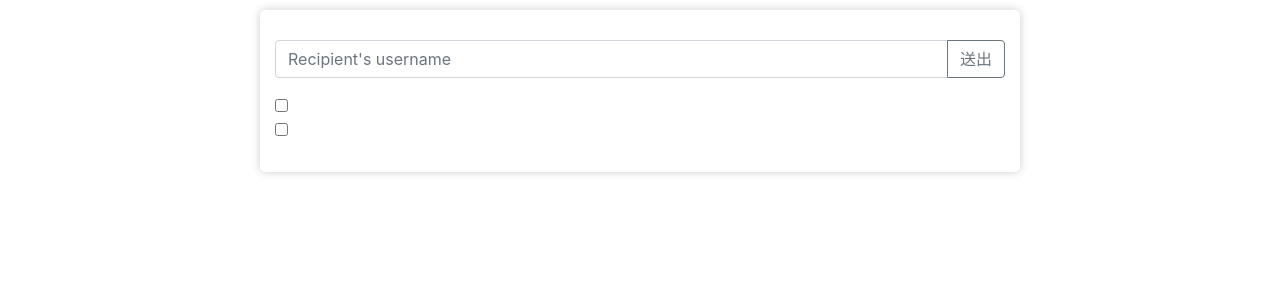
Repository: iian0910/vue3_todoList
Page: /
These files come from the project's save history. The page is drawn as it stood at one moment and after the next save; the edit follows.
The browser window is 1280 px wide. The pictures show the whole page.
The project was rebuilt for these pictures with package versions that can differ from the ones it lists, and the page was loaded fresh each time.

Above is the page before, as saved 2021-02-23 15:29:56.

### src/App.vue
<template>
  <TodoList/>
</template>

<script lang="ts">
import { defineComponent } from 'vue'
import TodoList from './components/TodoList.vue'

export default defineComponent({
  name: 'App',
  components: {
    TodoList
  }
})
</script>

<style lang="scss">
@import './assets/scss/all';
</style>

### src/assets/scss/all.scss
@import '~bootstrap/scss/bootstrap.scss';
@import './helpers/variables';

### src/components/TodoList.vue
<template>
  <div class="container">
    <div class="row">
      <div class="col-8 offset-2 content">
        <!-- input 輸入框 -->
        <div class="input-group mb-3">
          <input
            type="text"
            class="form-control"
            placeholder="Recipient's username"
            v-model="todoTitle">
          <div class="input-group-append">
            <button
              class="btn btn-outline-secondary"
              type="button"
              @click="addTodo()">送出</button>
          </div>
        </div>
        <!---->

        <!-- List 展示 -->
        <ul class="list">
          <li class="list-item" v-for="item in todoList" :key="item.id">
            <div class="form-check">
              <input class="form-check-input" type="checkbox" value="" :id="todoList.id">
              <label class="form-check-label" :for="todoList.id">{{item.title}}</label>
            </div>
          </li>
        </ul>
        <!---->
      </div>
    </div>
  </div>
</template>
<script lang="ts">
import { defineComponent, reactive } from 'vue'

interface Todo {
  // eslint-disable-next-line @typescript-eslint/member-delimiter-style
  id: string
  // eslint-disable-next-line @typescript-eslint/member-delimiter-style
  title: string
}

export default defineComponent({
  name: 'TodoList',
  setup () {
    const todoList = reactive<Todo>({
      id: '001',
      title: 'TEST'
    })

    return {
      todoList
    }
  }
})
</script>

<style lang="scss">
.content{
  padding: 30px;
  margin: 10px auto;
  border-radius: 5px;
  box-shadow: 0px 0px 10px 0px rgba(0, 0, 0, 0.2);
}
.list{
  padding: 0;
  margin: 0;
  list-style: none;
}
</style>

Loaded but not shown: public/index.html (common file); src/main.ts (common file); src/assets/scss/helpers/_variables.scss (1146 lines, source omitted)

After the next save:
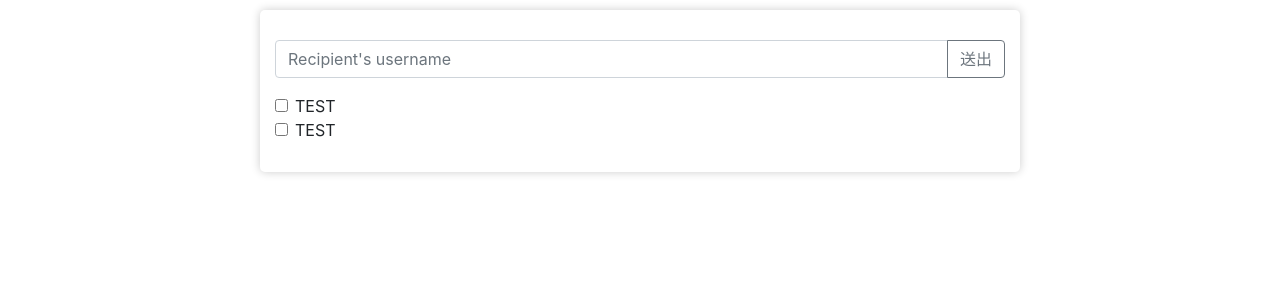
Saved 35 s later.
--- a/src/components/TodoList.vue
+++ b/src/components/TodoList.vue
@@ -22,8 +22,8 @@
         <ul class="list">
           <li class="list-item" v-for="item in todoList" :key="item.id">
             <div class="form-check">
-              <input class="form-check-input" type="checkbox" value="" :id="todoList.id">
-              <label class="form-check-label" :for="todoList.id">{{item.title}}</label>
+              <input class="form-check-input" type="checkbox" value="" :id="item.id">
+              <label class="form-check-label" :for="item.id">{{todoList.title}}</label>
             </div>
           </li>
         </ul>

After the save that followed:
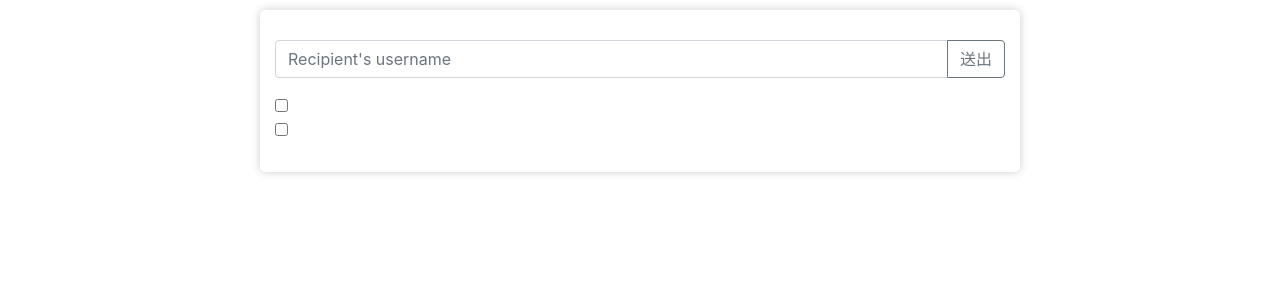
Saved 8 s later.
--- a/src/components/TodoList.vue
+++ b/src/components/TodoList.vue
@@ -23,7 +23,7 @@
           <li class="list-item" v-for="item in todoList" :key="item.id">
             <div class="form-check">
               <input class="form-check-input" type="checkbox" value="" :id="item.id">
-              <label class="form-check-label" :for="item.id">{{todoList.title}}</label>
+              <label class="form-check-label" :for="item.id">{{item.title}}</label>
             </div>
           </li>
         </ul>
